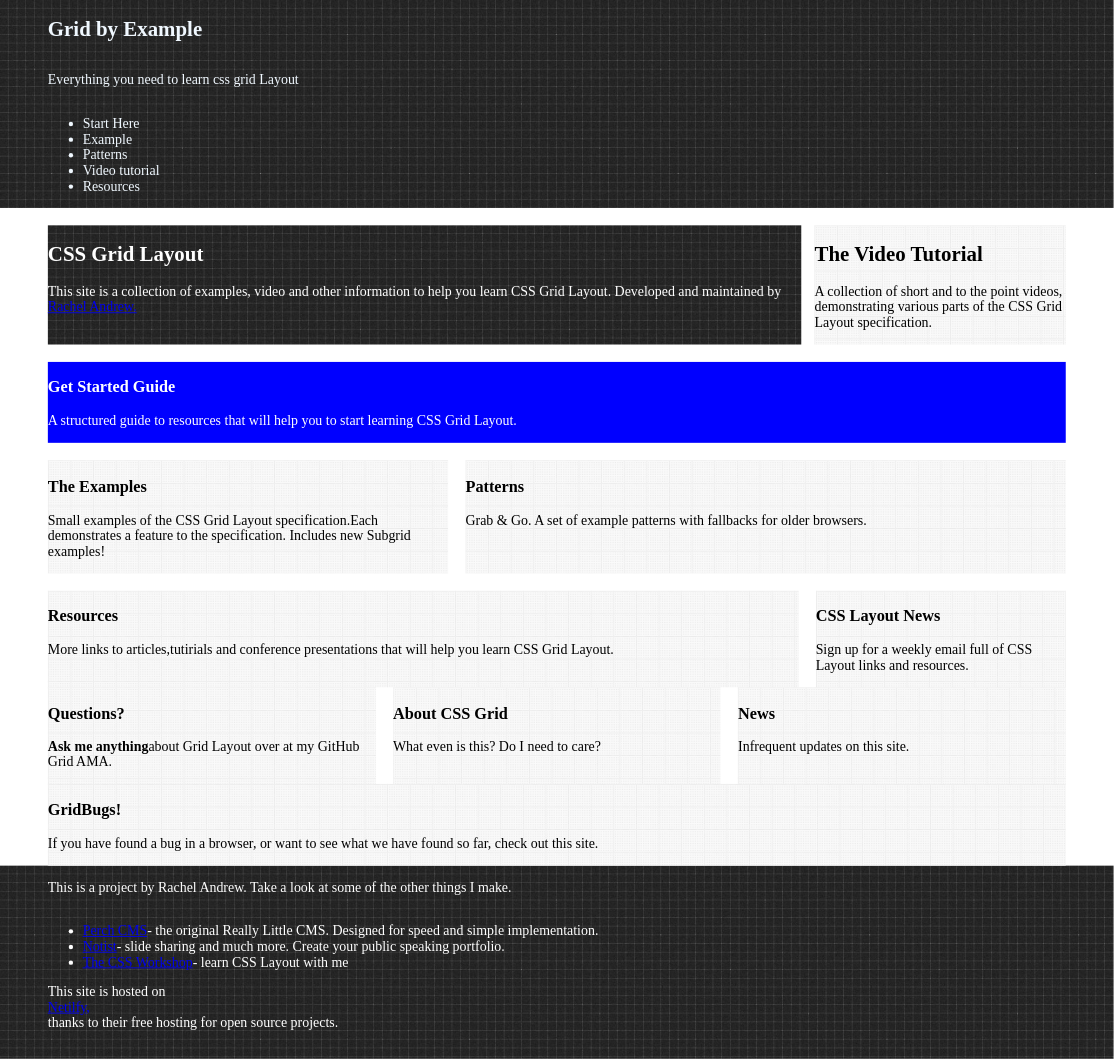
Repository: sitikhusushan/grid
Page: index.html
The author's editor kept a copy of each file at every save. The page is drawn from the files as they stood at one save, then again after the next save.
The browser window is 1280 px wide. The pictures show the whole page, at 87% of full size.

Above is the page before, as saved 2020-05-12 22:27:23.

After the next save:
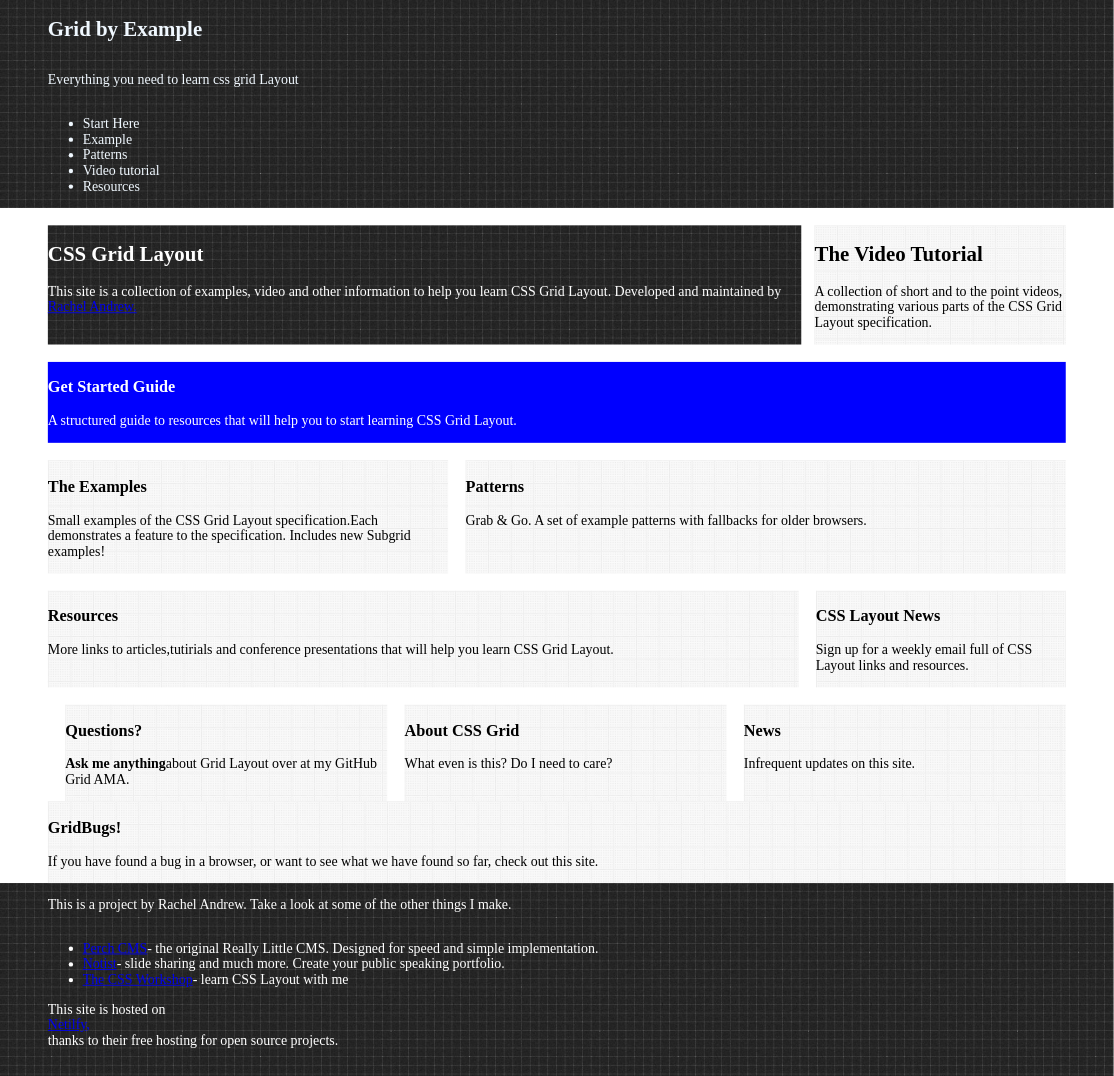
Saved 33 s later.
--- a/style.css
+++ b/style.css
@@ -82,4 +82,6 @@ footer {
   display: grid;
   grid-template-columns: 1fr 1fr 1fr;
   grid-gap: 20px;
+  margin-top: 20px;
+  margin-left: 20px;
 }
